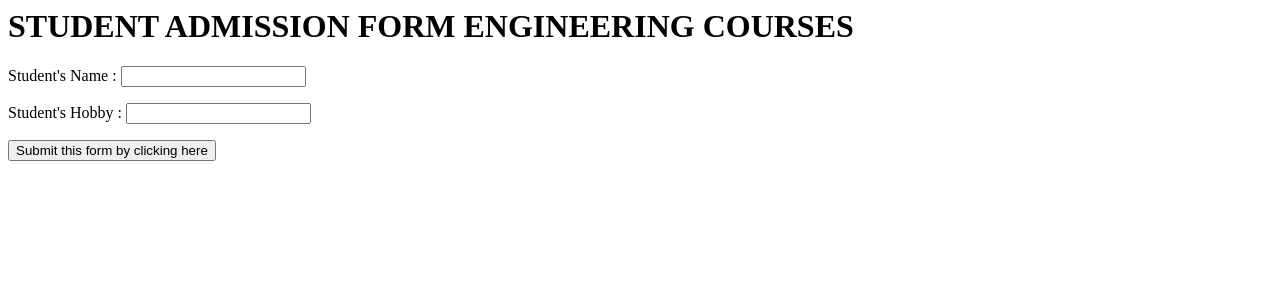
Repository: ahmedLajmi/TestApp
Page: http://localhost/FirstApp/admissionForm
An editor plug-in stored every save of this project. The page is shown before and after the next save, followed by the edit.
The browser window is 1280 px wide. The pictures show the whole page.
The page is served by Tomcat 9.

Above is the page before, as saved 2019-02-06 14:40:03.

### FirstApp/WebContent/WEB-INF/spring-dispatcher-servlet.xml
<beans xmlns="http://www.springframework.org/schema/beans"
	xmlns:context="http://www.springframework.org/schema/context"
    xmlns:xsi="http://www.w3.org/2001/XMLSchema-instance"
    xsi:schemaLocation="
    http://www.springframework.org/schema/beans
    http://www.springframework.org/schema/beans/spring-beans.xsd
    http://www.springframework.org/schema/context
    http://www.springframework.org/schema/context/spring-context.xsd">


<context:component-scan base-package="home" />


 <bean id="viewResolver"
    	class="org.springframework.web.servlet.view.InternalResourceViewResolver" >
        <property name="prefix">
            <value>/WEB-INF/</value>
        </property>
        <property name="suffix">
            <value>.jsp</value>
        </property>
 </bean>


</beans>

### FirstApp/WebContent/WEB-INF/AdmissionForm.jsp

<html>
	<body>
		<h1> STUDENT ADMISSION FORM ENGINEERING COURSES</h1>
		<form action="/FirstApp/SubmitAdmissionForm" method="post">
			<p>
				Student's Name : <input type="text" name="studentName" >
			</p>
			<p>
				Student's Hobby : <input type="text" name="studentHobby">
			</p>
			<input type="submit" value="Submit this form by clicking here"  />
		</form>
	</body>
</html>

### FirstApp/src/home/HomeController.java
package home;


import javax.servlet.http.HttpServletRequest;
import javax.servlet.http.HttpServletResponse;

import org.springframework.stereotype.Controller;
import org.springframework.web.bind.annotation.PathVariable;
import org.springframework.web.bind.annotation.RequestMapping;
import org.springframework.web.servlet.ModelAndView;
import org.springframework.web.servlet.mvc.AbstractController;


@Controller
public class HomeController{


	@RequestMapping("/welcome/{name}")
	public ModelAndView handleRequestInternal ( @PathVariable("name") String name ) throws Exception {

		ModelAndView modelandview = new ModelAndView("home");
		modelandview.addObject("welcomeMessage", "Hello "+name);
		return modelandview;

	}
}

### FirstApp/src/home/StudentAdmissionController.java
package home;

import org.springframework.stereotype.Controller;
import org.springframework.web.bind.annotation.ModelAttribute;
import org.springframework.web.bind.annotation.RequestMapping;
import org.springframework.web.bind.annotation.RequestMethod;
import org.springframework.web.bind.annotation.RequestParam;
import org.springframework.web.servlet.ModelAndView;

@Controller
public class StudentAdmissionController {

	@RequestMapping(value= "/admissionForm", method= RequestMethod.GET)
	public ModelAndView getAdmissionForm() {

		ModelAndView model= new ModelAndView("AdmissionForm");
		return model;
	}

	@RequestMapping(value= "/SubmitAdmissionForm", method= RequestMethod.POST)
	public ModelAndView SubmitAdmissionForm(@ModelAttribute("student") Student student) {

		ModelAndView model= new ModelAndView("AdmissionSuccess");
		return model;
	}


}

### FirstApp/src/home/Student.java
package home;

import java.sql.Date;
import java.util.ArrayList;

public class Student {

	private String studentName;
	private String studentHobby;
	private Long studentMobile;
	private Date studentDOB;

	public Long getStudentMobile() {
		return studentMobile;
	}
	public void setStudentMobile(Long studentMobile) {
		this.studentMobile = studentMobile;
	}
	public Date getStudentDOB() {
		return studentDOB;
	}
	public void setStudentDOB(Date studentDOB) {
		this.studentDOB = studentDOB;
	}
	public ArrayList<String> getStudentSkills() {
		return studentSkills;
	}
	public void setStudentSkills(ArrayList<String> studentSkills) {
		this.studentSkills = studentSkills;
	}
	private ArrayList<String> studentSkills;


	public String getStudentName() {
		return studentName;
	}
	public void setStudentName(String studentName) {
		this.studentName = studentName;
	}
	public String getStudentHobby() {
		return studentHobby;
	}
	public void setStudentHobby(String studentHobby) {
		this.studentHobby = studentHobby;
	}

}

After the next save:
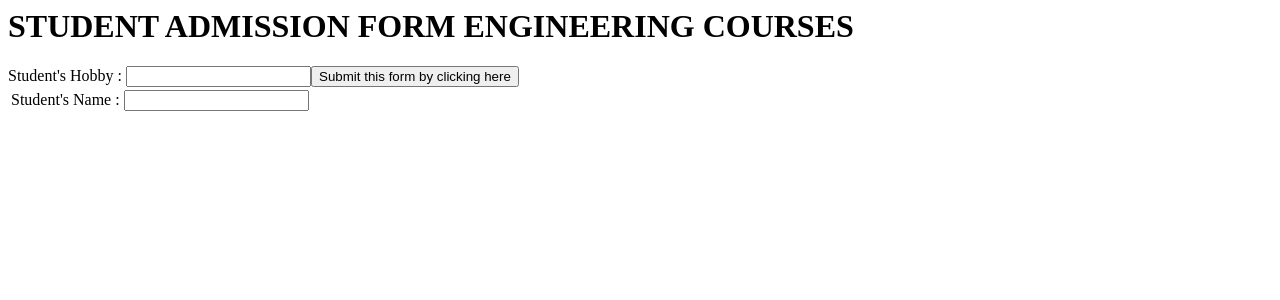
Saved 3 min 36 s later.
--- a/FirstApp/WebContent/WEB-INF/AdmissionForm.jsp
+++ b/FirstApp/WebContent/WEB-INF/AdmissionForm.jsp
@@ -3,12 +3,13 @@
 	<body>
 		<h1> STUDENT ADMISSION FORM ENGINEERING COURSES</h1>
 		<form action="/FirstApp/SubmitAdmissionForm" method="post">
-			<p>
-				Student's Name : <input type="text" name="studentName" >
-			</p>
-			<p>
-				Student's Hobby : <input type="text" name="studentHobby">
-			</p>
+			<table>
+				<tr>
+					<td>Student's Name : <input type="text" name="studentName" > </td>
+				</tr>
+				<tr>
+					Student's Hobby : <input type="text" name="studentHobby">
+				</tr>
 			<input type="submit" value="Submit this form by clicking here"  />
 		</form>
 	</body>
